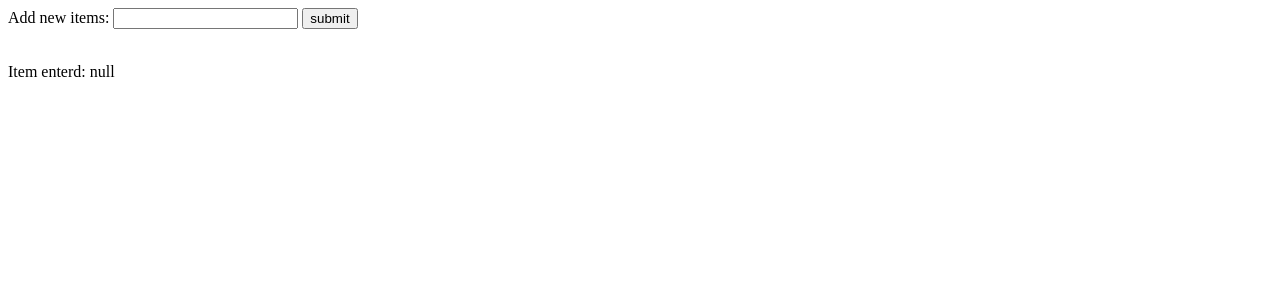
Repository: tenzinlekphel/jsp
Page: http://localhost/jspdemo/todo-demo.jsp
These files come from the project's save history. The page is drawn as it stood at one moment and after the next save; the edit follows.
The browser window is 1280 px wide. The pictures show the whole page.
The page is served by Tomcat 9. Other server files are loaded and not shown.

Above is the page before, as saved 2019-09-03 17:25:35.

### jspdemo/WebContent/todo-demo.jsp
<%@ page import="java.util.*" %>
<html>

<body>

<!--  step FORMS -->
<form action="todo-demo.jsp">
	Add new items: <input type="text" name="theItem"/>

	<input type="submit" value="submit"/>
</form>

<br>

Item enterd: <%= request.getParameter("theItem") %>

<%
	List<String> items = (List<String>) session.getAttribute("myTodoList");
	if(items == null) {
		items = new ArrayList<String>();
		session.setAttribute("myTodoList", items);
	}

	String theItem = request.getParameter("theItem");
	if (theItem != null) {
		items.add(theItem);
	}

%>


</body>

</html>

After the next save:
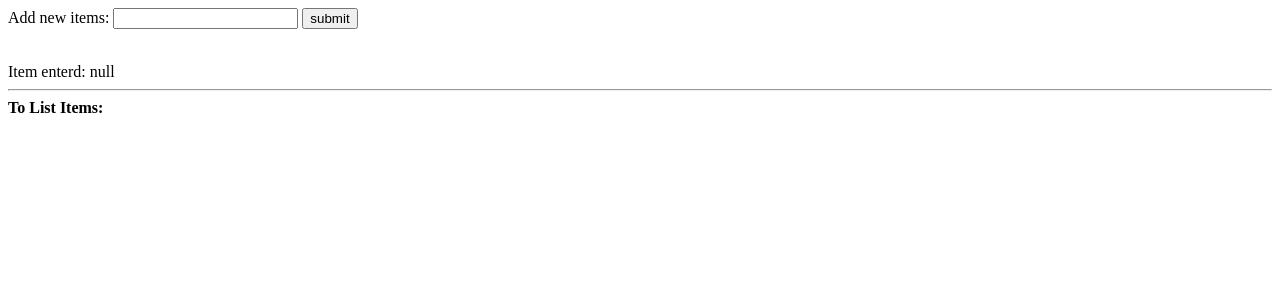
Saved 76 s later.
--- a/jspdemo/WebContent/todo-demo.jsp
+++ b/jspdemo/WebContent/todo-demo.jsp
@@ -29,6 +29,18 @@ Item enterd: <%= request.getParameter("theItem") %>
 %>
 
 
+<hr>
+<b>To List Items: </b> <br/>
+
+
+<ol>
+	<%
+		for (String temp : items) {
+			out.println("<li>" + temp + "</li>");
+		}
+	%>
+</ol>
+
 </body>
 
 </html>
